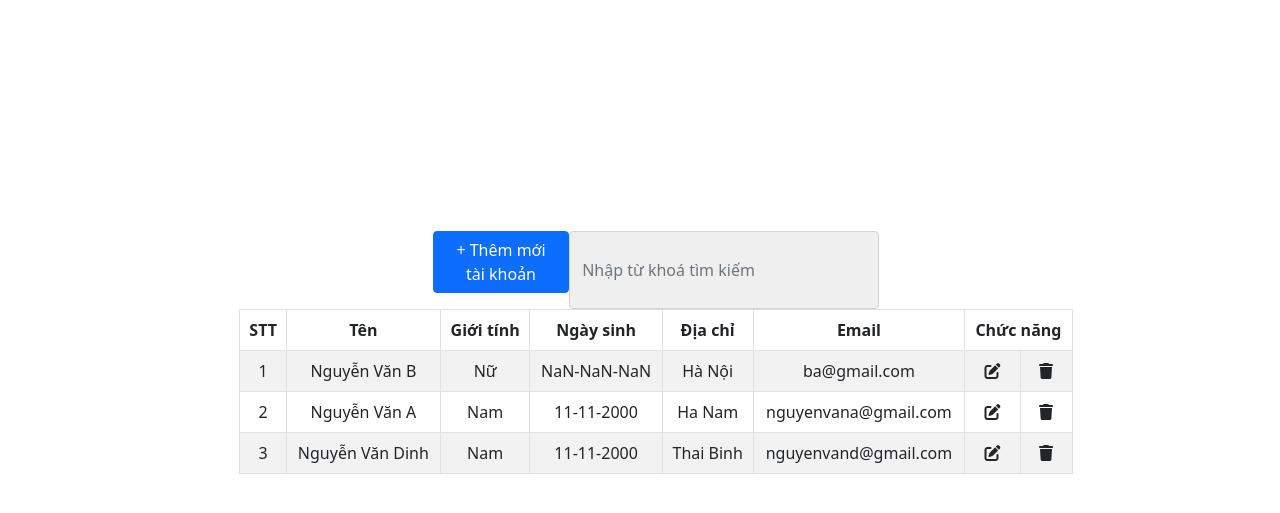
Repository: TinhTT336/MD02_Session12
Page: / (app in client/)
The author's editor kept a copy of each file at every save. The page is drawn from the files as they stood at one save, then again after the next save.
The browser window is 1280 px wide. The pictures show the whole page.
The project was rebuilt for these pictures with package versions that can differ from the ones it lists, and the page was loaded fresh each time. Requests to the local data server were answered from the project's data file. Also part of the build but not shown: client/vite.config.js, client/src/components/admin/manager-product/FormAdd.jsx, client/src/components/admin/manager-product/FormEdit.jsx, client/src/pages/product/ListProduct.jsx, client/src/components/admin/manager-user/FormAddUser.jsx, client/src/components/admin/manager-user/FormEditUser.jsx.

Above is the page before, as saved 2023-09-12 09:37:48.

After the next save:
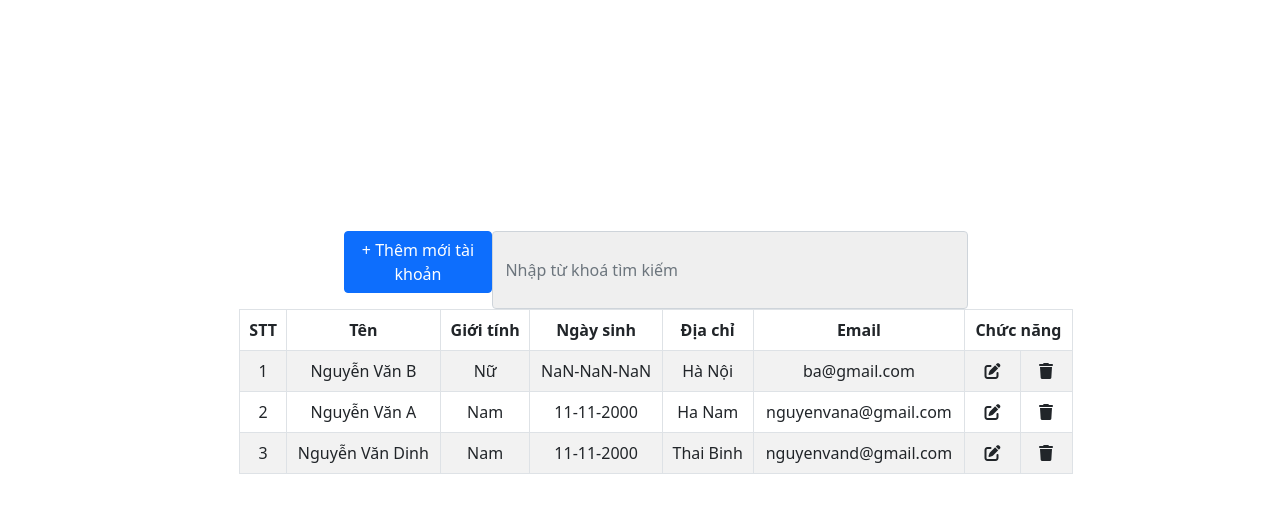
Saved 12 s later.
--- a/client/src/pages/admin/ListUser.jsx
+++ b/client/src/pages/admin/ListUser.jsx
@@ -63,7 +63,7 @@
             {/* Form edit */}
             {showEdit && <FormEditUser handleCloseEdit={handleCloseEdit} loadData={loadData} idEdit={idEdit} />}
             <div className='container d-flex align-items-center justify-content-center flex-column m-3'>
-                <div className='d-flex justify-content-between'>
+                <div className='d-flex justify-content-between w-75'>
                     <button onClick={handleShow} className='btn btn-primary mb-3'>+ Thêm mới tài khoản</button>
                     <input type="text" name="" id="" className="form-control" placeholder='Nhập từ khoá tìm kiếm' />
                 </div>

After the 2 saves that followed:
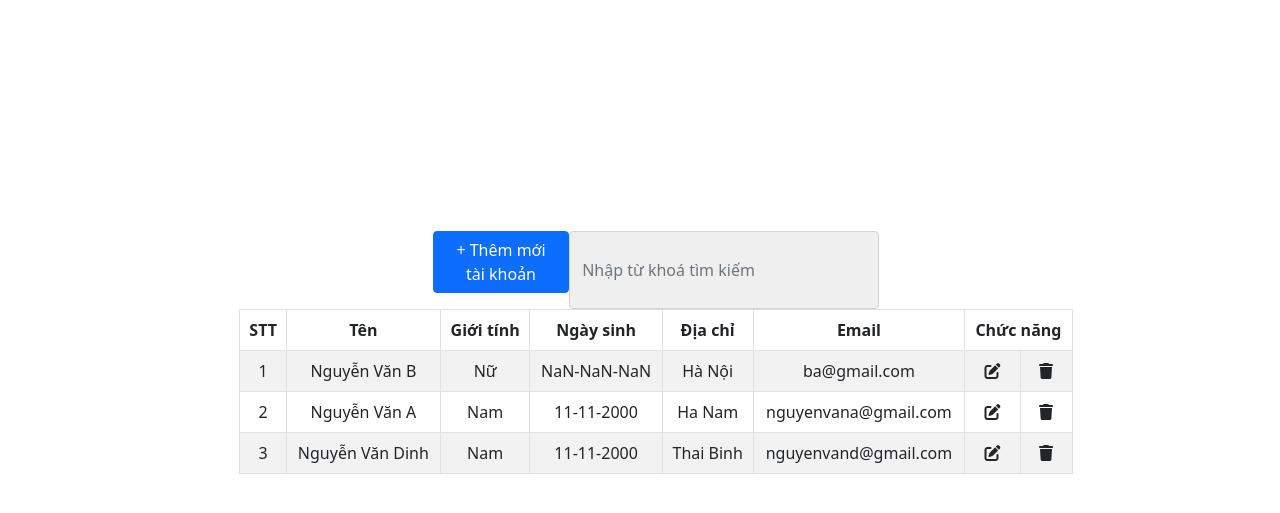
The 2 saves are shown as one change because 1 left the picture as it was.
The last was saved 85 s later.
--- a/client/src/pages/admin/ListUser.jsx
+++ b/client/src/pages/admin/ListUser.jsx
@@ -62,8 +62,8 @@
             {show && <FormAddUser handleClose={handleClose} loadData={loadData} />}
             {/* Form edit */}
             {showEdit && <FormEditUser handleCloseEdit={handleCloseEdit} loadData={loadData} idEdit={idEdit} />}
-            <div className='container d-flex align-items-center justify-content-center flex-column m-3'>
-                <div className='d-flex justify-content-between w-75'>
+            <div className='container d-flex align-items-center  flex-column m-3'>
+                <div className='d-flex justify-content-between'>
                     <button onClick={handleShow} className='btn btn-primary mb-3'>+ Thêm mới tài khoản</button>
                     <input type="text" name="" id="" className="form-control" placeholder='Nhập từ khoá tìm kiếm' />
                 </div>
